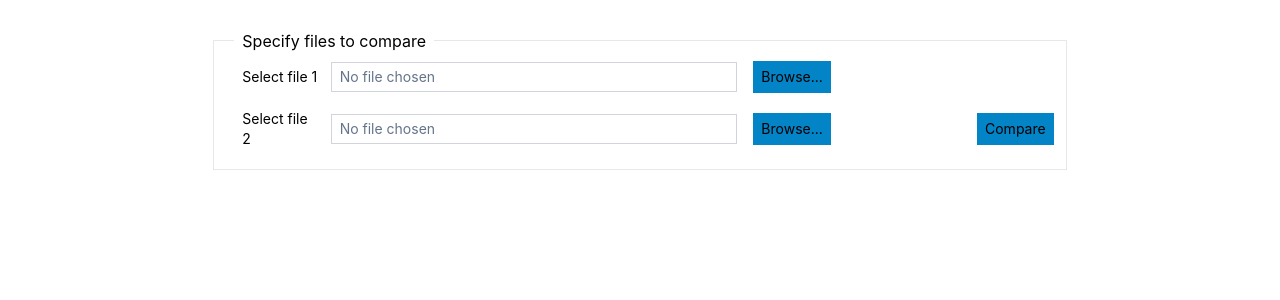
Repository: chionye/paymentology-front
Page: /
An editor plug-in stored every save of this project. The page is shown before and after the next save, followed by the edit.
The browser window is 1280 px wide. The pictures show the whole page.
The project was rebuilt for these pictures with package versions that can differ from the ones it lists, and the page was loaded fresh each time.

Above is the page before, as saved 2022-03-16 13:25:37.

After the next save:
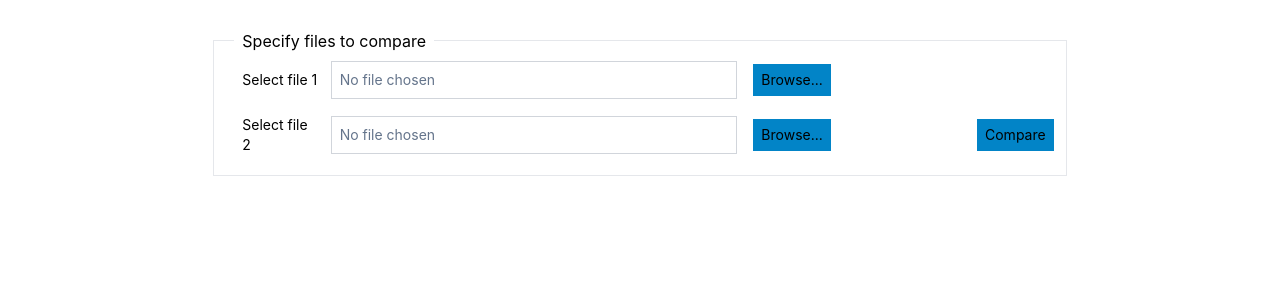
Saved 16 s later.
--- a/src/components/InputFile.js
+++ b/src/components/InputFile.js
@@ -5,7 +5,7 @@ const InputFile = (props) => {
             <label className="w-28">{props.file}</label>
 
             <input type="file"
-                className="block w-full mx-3 appearance-none border border-1 border-gray-300 py-1 px-2  text-slate-500
+                className="block w-full mx-3 appearance-none border border-1 border-gray-300 py-2 px-2  text-slate-500
                 file:mr-4 file:py-2 file:px-4
                 file:rounded-full file:border-0
                 file:text-sm file:font-semibold
